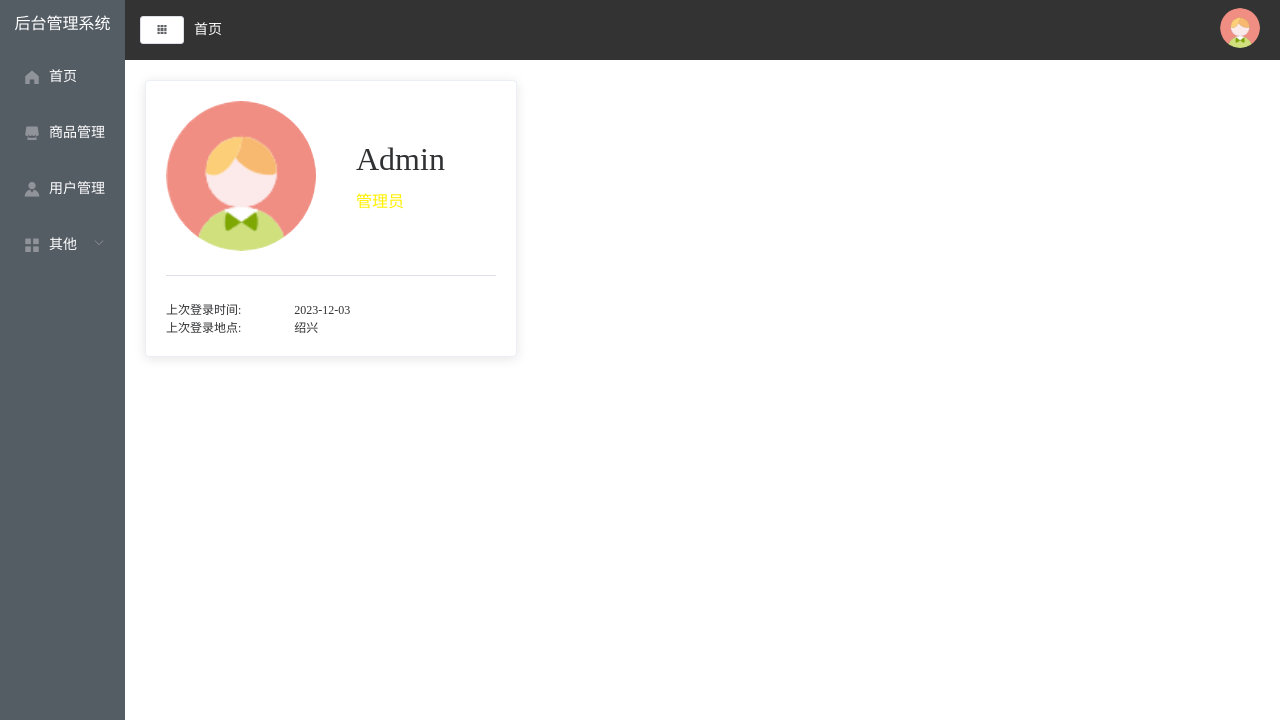
Repository: tkqi/manage
Page: /
An editor plug-in stored every save of this project. The page is shown before and after the next save, followed by the edit.
The browser window is 1280 px wide. The pictures show the whole page.
The project was rebuilt for these pictures with package versions that can differ from the ones it lists, and the page was loaded fresh each time. Also part of the build but not shown: vue.config.js.

Above is the page before, as saved 2023-12-03 16:00:55.

After the next save:
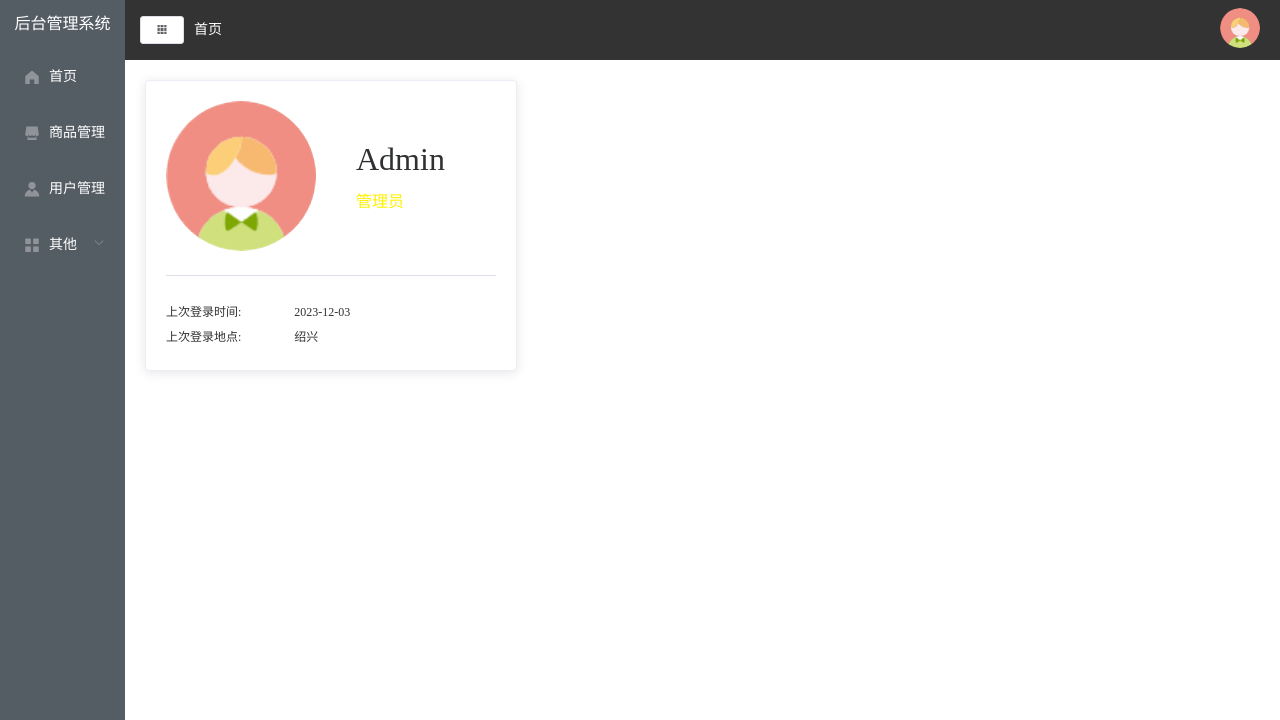
Saved 5 s later.
--- a/src/views/Home.vue
+++ b/src/views/Home.vue
@@ -59,7 +59,7 @@ export default {
     }
 }
 .login-info {
-    // line-height: 20px;
+    line-height: 25px;
         p {
             font-size: 12px;
 
